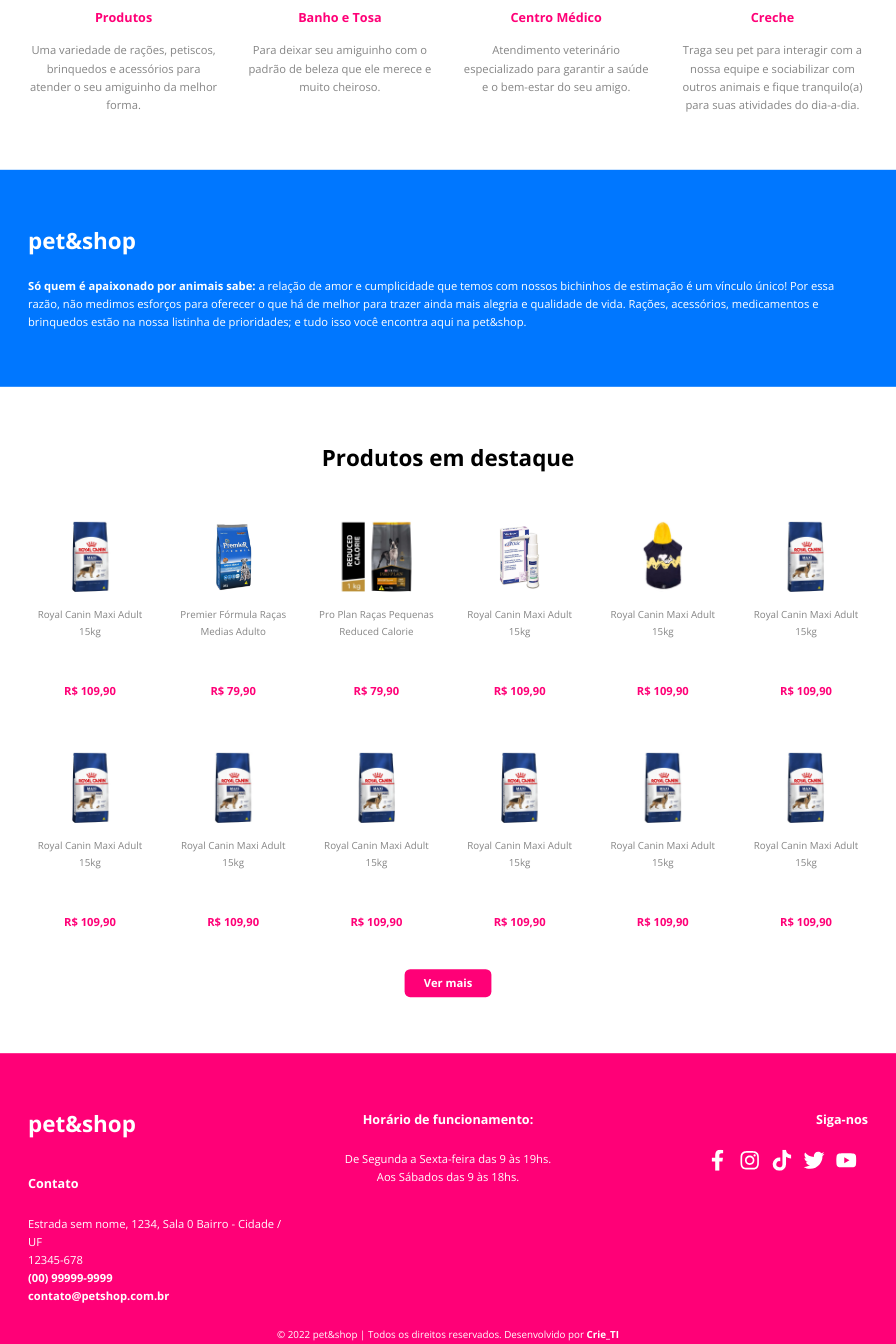
Repository: EzequielKaiber/pet-e-shop
Page: index.html
An editor plug-in stored every save of this project. The page is shown before and after a run of saves, followed by the edit.
The browser window is 1280 px wide. The pictures show the part of the page from y = 1051 to 2971 px (the page is 3050 px tall), at 70% of full size.

Above is the page before, as saved 2022-04-25 15:50:07.

After the next 2 saves:
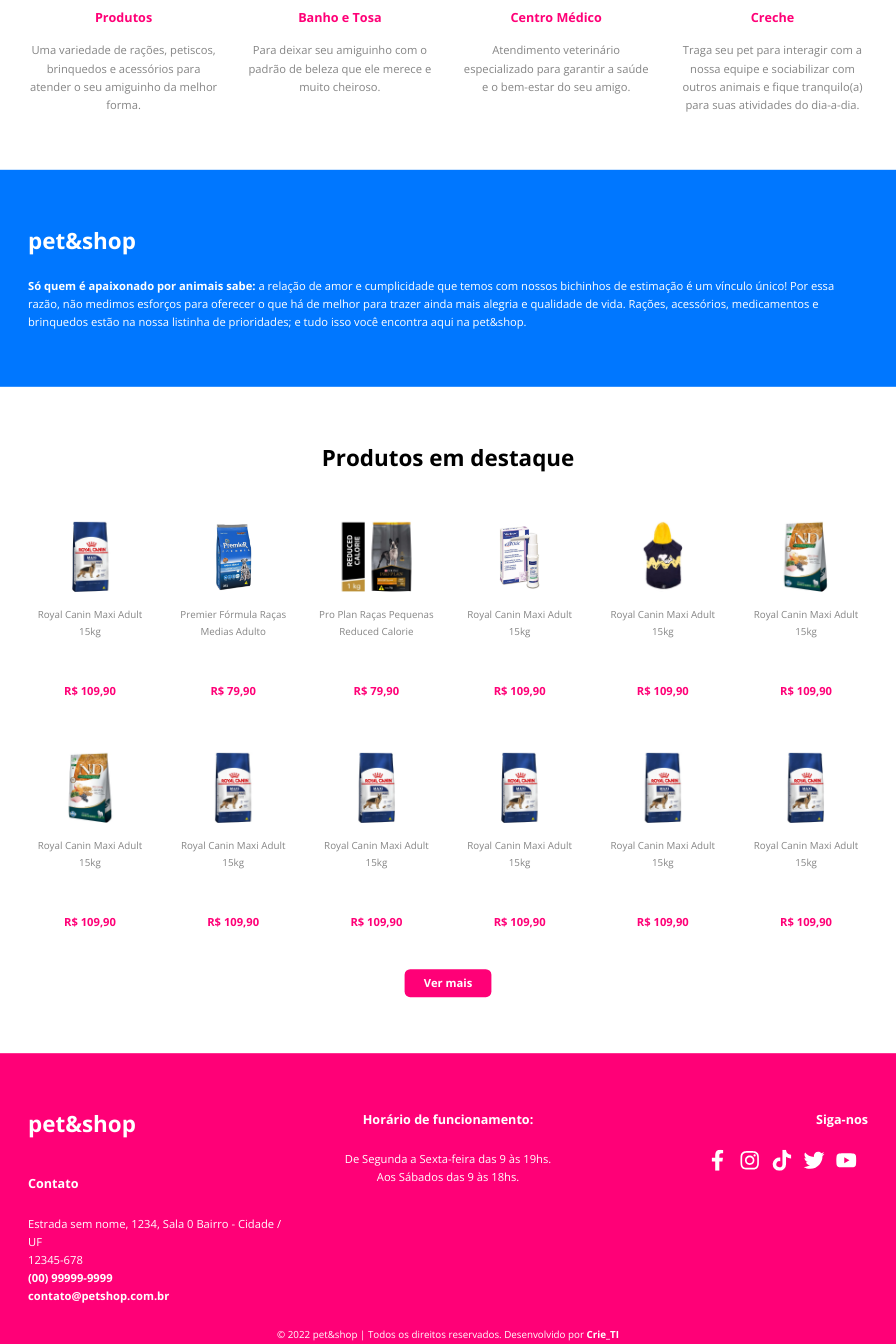
The 2 saves are shown as one change because they came seconds apart.
The last was saved 15 s later.
--- a/index.html
+++ b/index.html
@@ -112,12 +112,12 @@
                     <span>R$ 109,90</span>
                 </div>
                 <div class="card">
-                    <div class="image" style="background-image: url(img/Produtos/product-1.webp);"></div>
-                    <small>Royal Canin Maxi Adult 15kg</small>
-                    <span>R$ 109,90</span>
-                </div>
-                <div class="card">
-                    <div class="image" style="background-image: url(img/Produtos/product-1.webp);"></div>
+                    <div class="image" style="background-image: url(img/Produtos/product-6.webp);"></div>
+                    <small>Royal Canin Maxi Adult 15kg</small>
+                    <span>R$ 109,90</span>
+                </div>
+                <div class="card">
+                    <div class="image" style="background-image: url(img/Produtos/product-6.webp);"></div>
                     <small>Royal Canin Maxi Adult 15kg</small>
                     <span>R$ 109,90</span>
                 </div>
